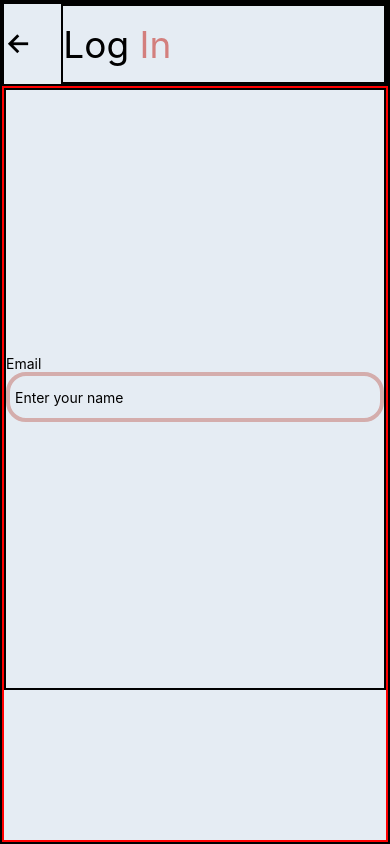
Repository: kgayathridevi/pregband
Screen: /Log
The author's editor kept a copy of each file at every save. The screen is drawn from the files as they stood at one save, then again after the next save.
The app was drawn by React Native's web renderer in a window 390 px wide. The project was rebuilt for these pictures with package versions that can differ from the ones it lists, and the page was loaded fresh each time. Also part of the build but not shown: component/SignUpScreen.jsx, component/Home.jsx.

Above is the screen before, as saved 2023-04-28 15:09:53.

### App.js
import { NavigationContainer } from "@react-navigation/native";
import { createNativeStackNavigator } from "@react-navigation/native-stack";
import { StatusBar } from "expo-status-bar";
import { StyleSheet, Text, View } from "react-native";
import SignUpScreen from "./component/SignUpScreen";
import LogInScreen from "./component/LogInScreen";
import Home from "./component/Home";

const Stack = createNativeStackNavigator();
export default function App() {
  return (
    <NavigationContainer>
      <Stack.Navigator initialRouteName="Log">
        <Stack.Screen
          options={{ headerShown: false }}
          name="Log"
          component={LogInScreen}
        />
        <Stack.Screen name="Sign" component={SignUpScreen} />
        <Stack.Screen name="Home" component={Home} />
      </Stack.Navigator>
    </NavigationContainer>
  );
}

const styles = StyleSheet.create({
  // container: {
  //   flex: 1,
  //   backgroundColor: '#fff',
  //   alignItems: 'center',
  //   justifyContent: 'center',
  // },
});

### component/LogInScreen.jsx
import {
  Button,
  StyleSheet,
  Text,
  TextInput,
  TouchableOpacity,
  View,
} from "react-native";
import React from "react";
import { SafeAreaView } from "react-native-safe-area-context";
import Ionicons from "@expo/vector-icons/Ionicons";

const LogInScreen = ({ navigation }) => {
  return (
    <SafeAreaView style={styles.container}>
      <View style={styles.headerContainer}>
        <View style={styles.btnCont}>
          {/* <Text>back</Text> */}
          <Ionicons name="arrow-back" color="black" size={30} />
        </View>
        <View style={styles.titleContain}>
          <Text style={styles.textC}>Log</Text>
          <Text style={[styles.textC, styles.textC2]}> In</Text>
        </View>
      </View>
      <View style={styles.mainContainer}>
        <View style={styles.inputContainer}>
          <Text>Email</Text>
          <TextInput style={styles.textInp} placeholder="Enter your name" />
        </View>
        <View></View>
      </View>
    </SafeAreaView>
  );
};

export default LogInScreen;

const styles = StyleSheet.create({
  container: {
    borderWidth: 2,
    height: "100%",
    backgroundColor: "#E5ECF3",
  },
  headerContainer: {
    borderWidth: 2,
    height: "10%",
    flexDirection: "row",
    justifyContent: "space-between",
  },
  titleContain: {
    borderWidth: 2,
    flexDirection: "row",
    width: "85%",
    alignItems: "center",
  },
  btnCont: {
    justifyContent: "center",
    // borderWidth: 2,
  },
  textC: {
    fontSize: 37,
  },
  textC2: {
    color: "#D37F7D",
  },

  mainContainer: {
    borderWidth: 2,
    height: "90%",
    borderColor: "red",
  },
  inputContainer: {
    borderWidth: 2,
    height: "80%",
    justifyContent: "center",
  },
  textInp: {
    borderWidth: 4,
    borderColor: "#D4ADAC",
    borderRadius: 20,
    height: 50,
    paddingHorizontal: 5,
  },
});

After the next save:
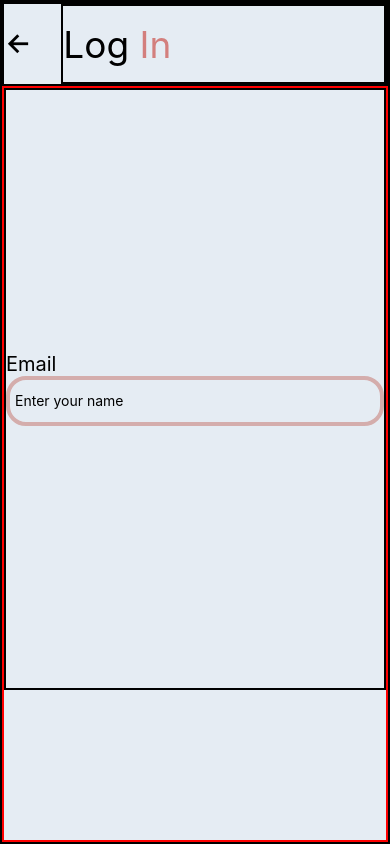
Saved 19 s later.
--- a/component/LogInScreen.jsx
+++ b/component/LogInScreen.jsx
@@ -25,7 +25,7 @@ const LogInScreen = ({ navigation }) => {
       </View>
       <View style={styles.mainContainer}>
         <View style={styles.inputContainer}>
-          <Text>Email</Text>
+          <Text style={{ fontSize: 20 }}>Email</Text>
           <TextInput style={styles.textInp} placeholder="Enter your name" />
         </View>
         <View></View>
